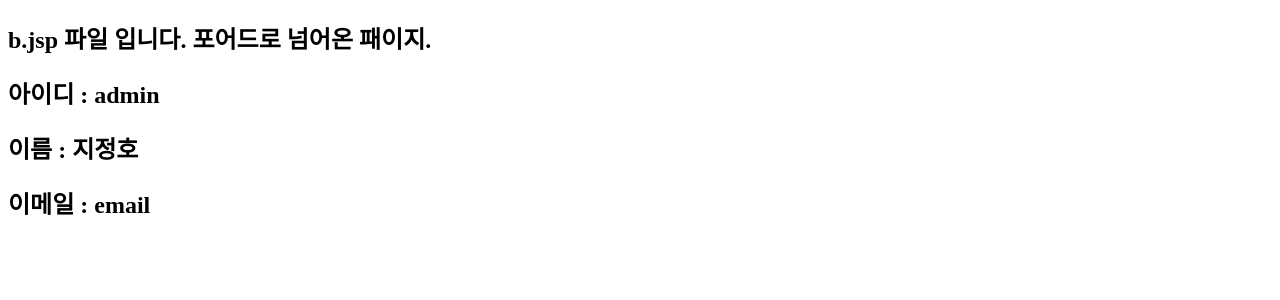
Repository: hodob/JSP_Practice
Page: http://localhost/JSP_WebMarket_JJH/ch04_ex/test.jsp
An editor plug-in stored every save of this project. The page is shown before and after the next save, followed by the edit.
The browser window is 1280 px wide. The pictures show the whole page.
The page is served by Tomcat 9. Other server files are loaded and not shown.

Above is the page before, as saved 2022-08-09 01:17:50.

### JSP_WebMarket_JJH/WebContent/ch04_ex/test.jsp
<%@ page language="java" contentType="text/html; charset=UTF-8"
	pageEncoding="UTF-8"%>
<!DOCTYPE html>
<html>
<head>
<meta charset="UTF-8">
<title>Insert title here</title>
</head>
<body>
	<h2>첫 페이지입니다.</h2>
	<%-- <jsp:forward page="b.jsp"></jsp:forward> --%>
	<%-- 	<jsp:include page="b.jsp">
		<jsp:param value="<%=new java.util.Date().toLocaleString()%>"
			name="date1" />
	</jsp:include> --%>

	<jsp:forward page="b.jsp">
		<jsp:param value="admin" name="id" />
		<jsp:param value='<%=java.net.URLEncoder.encode("지정호")%>' name="name" />
		<jsp:param value='<%=java.net.URLEncoder.encode("aaa@bbb.com")%>' name="email" />
	</jsp:forward>

</body>
</html>

### JSP_WebMarket_JJH/WebContent/ch04_ex/b.jsp
<%@ page language="java" contentType="text/html; charset=UTF-8"
	pageEncoding="UTF-8"%>
<!DOCTYPE html>
<html>
<head>
<meta charset="UTF-8">
<title>Insert title here</title>
</head>
<body>

	<h2>b.jsp 파일 입니다. 포어드로 넘어온 패이지.</h2>


		<%-- <h2>오늘의 날짜와 시간 :
		<%=(new java.util.Date().toLocaleString()) %></h2> --%>
		<%-- <h2>오늘의 날짜와  시간 : <%=request.getParameter("date1")%></h2> --%>
		<h2>아이디 : <%=request.getParameter("id") %></h2>
		<%
		String name = request.getParameter("name");

		%>
		<h2>이름 : <%=java.net.URLDecoder.decode(name)%></h2>  <!-- 인코딩 된 한글을 디코딩한다.  -->
		<h2>이메일 : <%=java.net.URLDecoder.decode("email")%></h2>
</body>
</html>

After the next save:
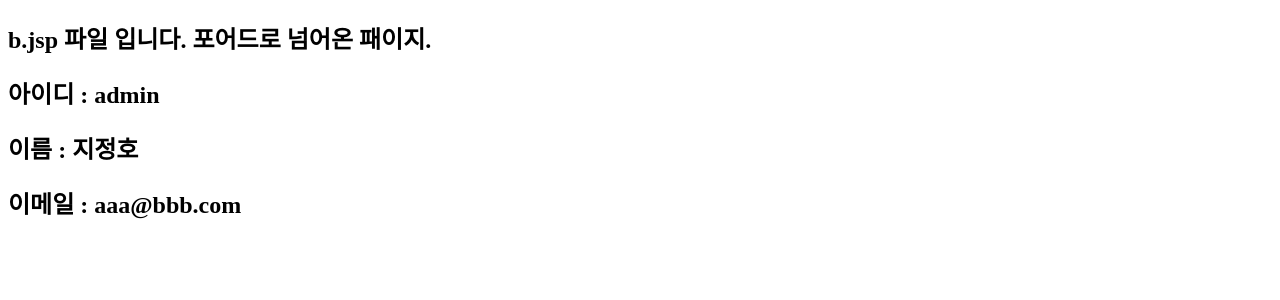
Saved 110 s later.
--- a/JSP_WebMarket_JJH/WebContent/ch04_ex/b.jsp
+++ b/JSP_WebMarket_JJH/WebContent/ch04_ex/b.jsp
@@ -17,9 +17,9 @@
 		<h2>아이디 : <%=request.getParameter("id") %></h2>
 		<%
 		String name = request.getParameter("name");
-
+		String email = request.getParameter("email");
 		%>
 		<h2>이름 : <%=java.net.URLDecoder.decode(name)%></h2>  <!-- 인코딩 된 한글을 디코딩한다.  -->
-		<h2>이메일 : <%=java.net.URLDecoder.decode("email")%></h2>
+		<h2>이메일 : <%=java.net.URLDecoder.decode(email)%></h2>
 </body>
 </html>
